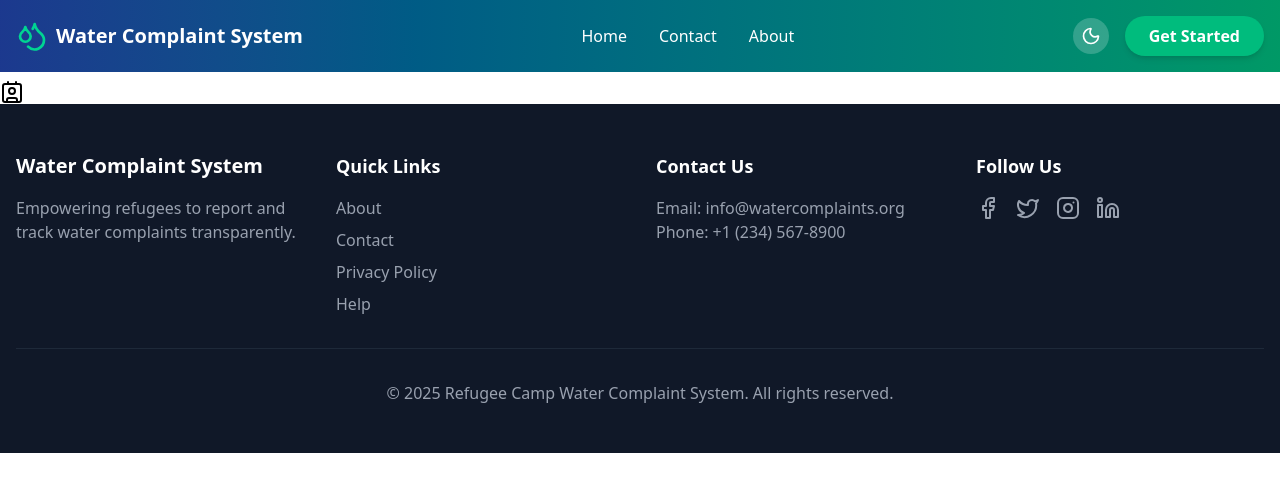
Repository: yussufhh/Refugee-Camp-Water-Complaint-System
Page: /contact (app in frontend/)
The author's editor kept a copy of each file at every save. The page is drawn from the files as they stood at one save, then again after the next save.
The browser window is 1280 px wide. The pictures show the whole page.
The project was rebuilt for these pictures with package versions that can differ from the ones it lists, and the page was loaded fresh each time. Also part of the build but not shown: frontend/vite.config.js, frontend/src/pages/Home.jsx, frontend/src/pages/About.jsx.

Above is the page before, as saved 2025-08-26 19:27:44.

### frontend/src/App.jsx
import React from 'react'
import { Routes, Route } from 'react-router-dom'
import Navbar from './components/Navbar'
import Home from './pages/Home'
import About from './pages/About'
import Footer from './pages/Footer'
import { Contact } from 'lucide-react'

const App = () => {
  return (
    <div>
      <Navbar />
      <Routes>
        <Route path="/" element={<Home />} />
        <Route path="/about" element={<About />} />
        <Route path="/contact" element={<Contact/>} />
      </Routes>
      <Footer/>
    </div>
  )
}

export default App

### frontend/src/components/Navbar.jsx
import React, { useState, useEffect } from 'react';
import { motion, AnimatePresence } from 'framer-motion';
import {
  Droplets,
  X,
  Menu,
  Sun,
  Moon
} from 'lucide-react';
import { NavLink } from 'react-router-dom';

const Navbar = () => {
  const [isOpen, setIsOpen] = useState(false);
  const [isScrolled, setIsScrolled] = useState(false);
  const [darkMode, setDarkMode] = useState(false);

  // Handle scroll event for navbar background change
  useEffect(() => {
    const handleScroll = () => {
      if (window.scrollY > 10) {
        setIsScrolled(true);
      } else {
        setIsScrolled(false);
      }
    };

    window.addEventListener('scroll', handleScroll);
    return () => window.removeEventListener('scroll', handleScroll);
  }, []);

  // Toggle dark mode
  useEffect(() => {
    if (darkMode) {
      document.documentElement.classList.add('dark');
    } else {
      document.documentElement.classList.remove('dark');
    }
  }, [darkMode]);

  const toggleMenu = () => {
    setIsOpen(!isOpen);
  };

  const navItems = [
    { name: 'Home', href: '/' },
    { name: 'Contact', href: '/contact' },
    { name: 'About', href: '/about' },
  ];

  return (
    <>
      <nav
        className={`fixed w-full z-50 transition-all duration-300 ${
          isScrolled
            ? 'bg-white dark:bg-gray-900 shadow-md py-2'
            : 'bg-gradient-to-r from-blue-900 to-emerald-600 py-4'
        }`}
      >
        <div className="container mx-auto px-4">
          <div className="flex justify-between items-center">
            {/* Logo and Brand */}
            <motion.div
              className="flex items-center space-x-2"
              whileHover={{ scale: 1.05 }}
              transition={{ type: "spring", stiffness: 400, damping: 10 }}
            >
              <Droplets className="h-8 w-8 text-emerald-400" />
              <span className={`text-xl font-bold ${isScrolled ? 'text-blue-900 dark:text-white' : 'text-white'}`}>
                Water Complaint System
              </span>
            </motion.div>

            {/* Desktop Navigation */}
            <div className="hidden md:flex items-center space-x-8">
              {navItems.map((item) => (
                <NavLink
                  key={item.name}
                  to={item.href}
                  className={`font-medium transition-all duration-300 ${
                    isScrolled
                      ? 'text-gray-700 hover:text-emerald-600 dark:text-gray-300 dark:hover:text-emerald-400'
                      : 'text-white hover:text-emerald-200'
                  }`}
                >
                  <motion.span
                    whileHover={{ scale: 1.05 }}
                    className="relative after:content-[''] after:absolute after:w-0 after:h-0.5 after:bg-emerald-500 after:left-0 after:-bottom-1 after:transition-all after:duration-300 hover:after:w-full"
                  >
                    {item.name}
                  </motion.span>
                </NavLink>
              ))}
            </div>

            {/* Right side buttons */}
            <div className="hidden md:flex items-center space-x-4">
              {/* Dark mode toggle */}
              <button
                onClick={() => setDarkMode(!darkMode)}
                className={`p-2 rounded-full ${
                  isScrolled
                    ? 'bg-gray-100 text-gray-700 dark:bg-gray-800 dark:text-gray-300'
                    : 'bg-white/20 text-white'
                }`}
                aria-label="Toggle dark mode"
              >
                {darkMode ? <Sun size={20} /> : <Moon size={20} />}
              </button>

              {/* CTA Button */}
              <motion.button
                whileHover={{ scale: 1.05 }}
                whileTap={{ scale: 0.95 }}
                className="bg-emerald-500 hover:bg-emerald-600 text-white font-bold py-2 px-6 rounded-full transition-colors duration-300 shadow-md"
              >
                Get Started
              </motion.button>
            </div>

            {/* Mobile menu button */}
            <div className="md:hidden flex items-center space-x-2">
              {/* Dark mode toggle for mobile */}
              <button
                onClick={() => setDarkMode(!darkMode)}
                className={`p-2 rounded-full ${
                  isScrolled
                    ? 'bg-gray-100 text-gray-700 dark:bg-gray-800 dark:text-gray-300'
                    : 'bg-white/20 text-white'
                }`}
                aria-label="Toggle dark mode"
              >
                {darkMode ? <Sun size={20} /> : <Moon size={20} />}
              </button>

              <button
                onClick={toggleMenu}
                className={`p-2 rounded-md ${
                  isScrolled
                    ? 'text-gray-700 dark:text-gray-300'
                    : 'text-white'
                }`}
                aria-label="Toggle menu"
              >
                {isOpen ? <X size={24} /> : <Menu size={24} />}
              </button>
            </div>
          </div>
        </div>

        {/* Mobile Menu */}
        <AnimatePresence>
          {isOpen && (
            <>
              {/* Backdrop */}
              <motion.div
                initial={{ opacity: 0 }}
                animate={{ opacity: 1 }}
                exit={{ opacity: 0 }}
                className="fixed inset-0 bg-black/30 md:hidden"
                onClick={() => setIsOpen(false)}
              />

              {/* Menu */}
              <motion.div
                initial={{ opacity: 0, x: 300 }}
                animate={{ opacity: 1, x: 0 }}
                exit={{ opacity: 0, x: 300 }}
                transition={{ type: "spring", stiffness: 300, damping: 30 }}
                className="fixed top-0 right-0 h-full w-64 bg-white dark:bg-gray-900 shadow-xl md:hidden z-50"
              >
                <div className="flex flex-col h-full">
                  <div className="flex justify-between items-center p-4 border-b border-gray-200 dark:border-gray-800">
                    <div className="flex items-center space-x-2">
                      <Droplets className="h-8 w-8 text-emerald-500" />
                      <span className="text-xl font-bold text-blue-900 dark:text-white">
                        Water Complaint System
                      </span>
                    </div>
                    <button
                      onClick={() => setIsOpen(false)}
                      className="p-2 text-gray-500 dark:text-gray-400"
                      aria-label="Close menu"
                    >
                      <X size={24} />
                    </button>
                  </div>

                  <div className="flex-1 overflow-y-auto py-4">
                    <div className="flex flex-col space-y-2 px-4">
                      {navItems.map((item) => (
                        <NavLink
                          key={item.name}
                          to={item.href}
                          className="py-3 px-4 rounded-lg text-gray-700 dark:text-gray-300 hover:bg-blue-50 dark:hover:bg-gray-800 transition-colors duration-300 font-medium"
                          onClick={() => setIsOpen(false)}
                        >
                          {item.name}
                        </NavLink>
                      ))}
                    </div>
                  </div>

                  <div className="p-4 border-t border-gray-200 dark:border-gray-800">
                    <motion.button
                      whileHover={{ scale: 1.02 }}
                      whileTap={{ scale: 0.98 }}
                      className="w-full bg-emerald-500 hover:bg-emerald-600 text-white font-bold py-3 px-6 rounded-full transition-colors duration-300 shadow-md"
                      onClick={() => setIsOpen(false)}
                    >
                      Get Started
                    </motion.button>
                  </div>
                </div>
              </motion.div>
            </>
          )}
        </AnimatePresence>
      </nav>

      {/* Add spacing for fixed navbar */}
      <div className="h-16 md:h-20"></div>
    </>
  );
};

export default Navbar;

### frontend/src/pages/Footer.jsx

import React from 'react'
import {
  Facebook,
  Twitter,
  Instagram,
  Linkedin
} from 'lucide-react';

const Footer = () => {
  return (
    <div>
        <footer className="bg-gray-900 text-white py-12">
        <div className="container mx-auto px-4">
          <div className="grid grid-cols-1 md:grid-cols-4 gap-8">
            <div>
              <h3 className="text-xl font-bold mb-4">Water Complaint System</h3>
              <p className="text-gray-400">Empowering refugees to report and track water complaints transparently.</p>
            </div>

            <div>
              <h4 className="text-lg font-semibold mb-4">Quick Links</h4>
              <ul className="space-y-2">
                <li><a href="#" className="text-gray-400 hover:text-white transition">About</a></li>
                <li><a href="#" className="text-gray-400 hover:text-white transition">Contact</a></li>
                <li><a href="#" className="text-gray-400 hover:text-white transition">Privacy Policy</a></li>
                <li><a href="#" className="text-gray-400 hover:text-white transition">Help</a></li>
              </ul>
            </div>

            <div>
              <h4 className="text-lg font-semibold mb-4">Contact Us</h4>
              <address className="text-gray-400 not-italic">
                Email: info@watercomplaints.org<br />
                Phone: +1 (234) 567-8900
              </address>
            </div>

            <div>
              <h4 className="text-lg font-semibold mb-4">Follow Us</h4>
              <div className="flex space-x-4">
                <a href="#" className="text-gray-400 hover:text-white transition">
                  <Facebook size={24} />
                </a>
                <a href="#" className="text-gray-400 hover:text-white transition">
                  <Twitter size={24} />
                </a>
                <a href="#" className="text-gray-400 hover:text-white transition">
                  <Instagram size={24} />
                </a>
                <a href="#" className="text-gray-400 hover:text-white transition">
                  <Linkedin size={24} />
                </a>
              </div>
            </div>
          </div>

          <div className="border-t border-gray-800 mt-8 pt-8 text-center text-gray-400">
            <p>&copy; {new Date().getFullYear()} Refugee Camp Water Complaint System. All rights reserved.</p>
          </div>
        </div>
      </footer>
    </div>
  )
}

export default Footer

Loaded but not shown: frontend/index.html (common file); frontend/src/main.jsx (common file); frontend/src/index.css (common file)

After the next save:
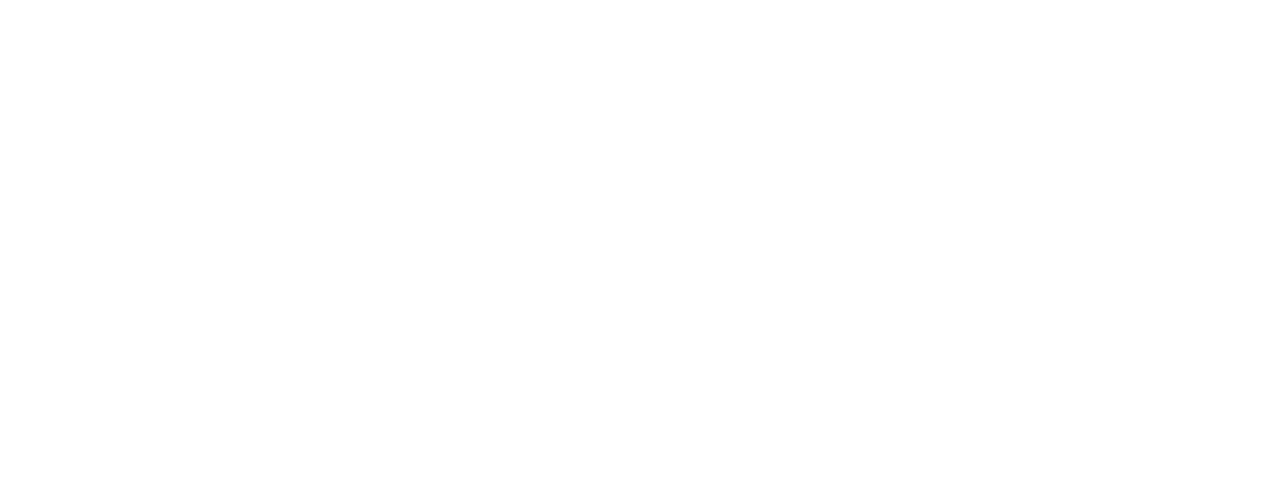
Console error: ReferenceError: Contact is not defined
Saved 5 s later.
--- a/frontend/src/App.jsx
+++ b/frontend/src/App.jsx
@@ -4,7 +4,6 @@
 import Home from './pages/Home'
 import About from './pages/About'
 import Footer from './pages/Footer'
-import { Contact } from 'lucide-react'
 
 const App = () => {
   return (

After the save that followed:
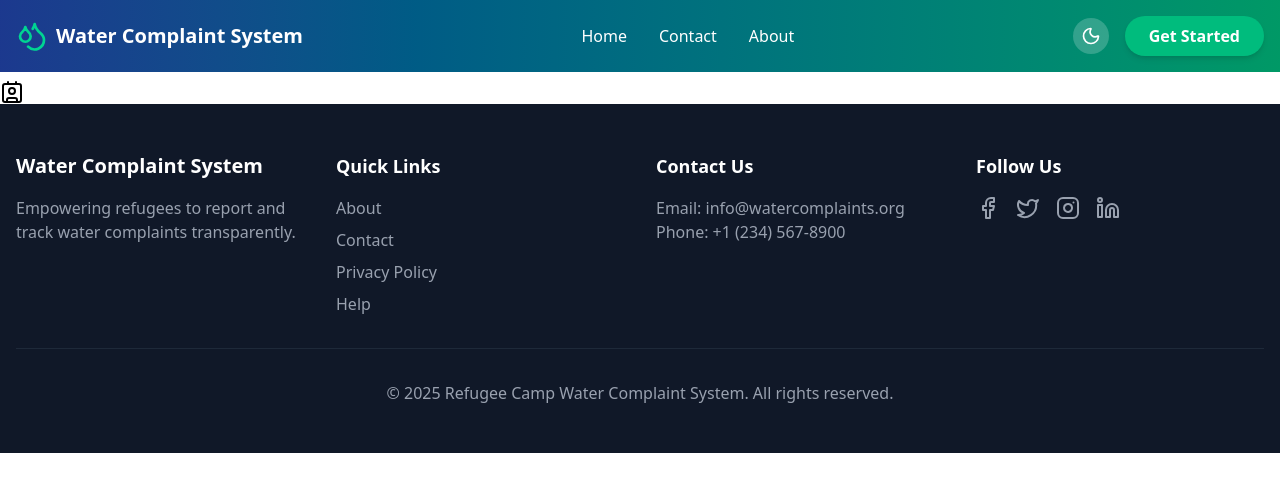
The error is gone.
Saved 51 s later.
--- a/frontend/src/App.jsx
+++ b/frontend/src/App.jsx
@@ -4,6 +4,7 @@
 import Home from './pages/Home'
 import About from './pages/About'
 import Footer from './pages/Footer'
+import { Contact } from 'lucide-react'
 
 const App = () => {
   return (
